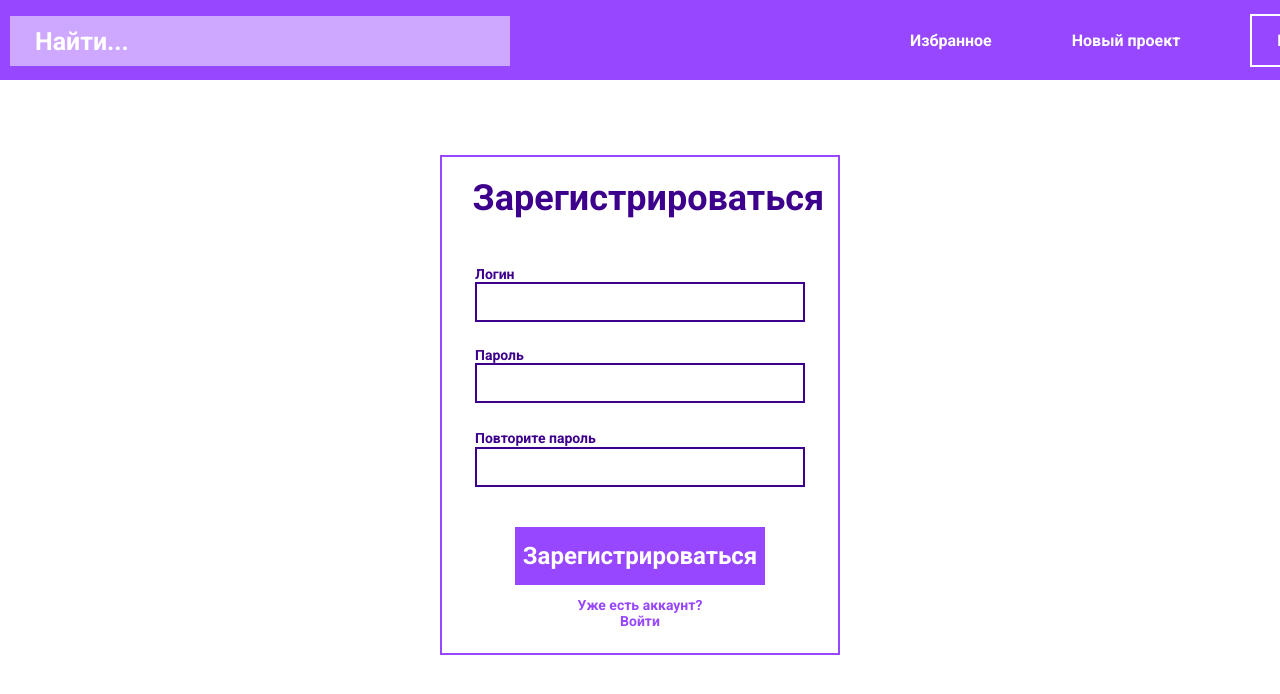
Repository: TimurZinatulin/Web_Shishki_1
Page: /login
An editor plug-in stored every save of this project. The page is shown before and after a run of saves, followed by the edit.
The browser window is 1280 px wide. The pictures show the whole page.
The project was rebuilt for these pictures with package versions that can differ from the ones it lists, and the page was loaded fresh each time. Also part of the build but not shown: vite.config.js, vue.config.js, src/views/LoginView.vue, src/components/HelloWorld.vue, src/views/MainView.vue, src/views/HomeView.vue, src/views/EditView.vue, src/views/FavoriteView.vue and 3 more.

Above is the page before, as saved 2023-06-10 23:55:23.
Console error: TypeError: Cannot read properties of null (reading 'user')

### src/main.js
import { createApp } from 'vue'
//import './style.css'
import App from './App.vue'
import router from './router'
import store from './store.js'

createApp(App).use(store).use(router).mount('#app')

### src/App.vue
<template>
  <!-- Проверка доступности пользователя в хранилище; при недоступности - показываем компонент авторизации-->
  <Auth v-if="!store.state.user" />
  <!-- Если пользователь доступен, показываем компонент Hello World -->
  <EmptyLayout v-else msg="Hello Vue 3 + Vite" />
</template>

<script>
import Auth from './components/Auth.vue';
import HelloWorld from './components/HelloWorld.vue';
import HeaderComp from './components/HeaderComp.vue';
import EmptyLayout from './layouts/EmptyLayout.vue';
import MainLayout from './layouts/MainLayout.vue';
import ExtraLayout from './layouts/ExtraLayout.vue';
import RegisterView from './views/RegisterView.vue';

import store from "./store.js";
import { supabase } from "./supabase";

export default {
  computed: {
    layout() {
      return this.$route.meta.layout + '-layout';
    }
  },
  components: {
    HelloWorld, Auth, HeaderComp, EmptyLayout, MainLayout, ExtraLayout, RegisterView
  },
  setup() {
    // сначала проверяем, вошел ли пользователь в систему с помощью Supabase
    store.state.user = supabase.auth.user;
    // затем настраиваем слушатель для обновления хранилища, если меняется пользователь - выходит из системы или входит
    supabase.auth.onAuthStateChange((event, session) => {
      if (event == "SIGNED_OUT") {
        store.state.user = null;
      } else {
        store.state.user = session.user;
      }
    });

    return {
      store,
    };
  },
};
</script>

<style>
/* @import '@/templates/main_page.css'; */
</style>

### src/router/index.js
import { createRouter, createWebHistory } from 'vue-router'
import HomeView from '../views/HomeView.vue'
import MainView from '../views/MainView.vue'
import EditView from '../views/EditView.vue'
import FavoriteView from '../views/FavoriteView.vue'
import MyProjectsView from '../views/MyProjectsView.vue'
import LoginView from '../views/LoginView.vue'
import RegisterView from '../views/RegisterView.vue'
import CreateProjectView from '../views/CreateProjectView.vue'
import ProjectView from '../views/ProjectView.vue'


const routes = [
  {
    path: '/',
    name: 'home',
    component: HomeView
  },
  {
    path: '/main',
    name: 'main',
    meta: {layout: 'main'},
    component: MainView
  },
  {
    path: '/edit',
    name: 'edit',
    meta: {layout: 'extra'},
    component: EditView
  },
  {
    path: '/favs',
    name: 'favs',
    meta: {layout: 'extra'},
    component: FavoriteView
  },
  {
    path: '/my_projects',
    name: 'my',
    meta: {layout: 'extra'},
    component: MyProjectsView
  },
  {
    path: '/login',
    name: 'login',
    meta: {layout: 'empty'},
    component: LoginView
  },
  {
    path: '/register',
    name: 'register',
    meta: {layout: 'empty'},
    component: RegisterView
  },
  {
    path: '/create_project',
    name: 'create_project',
    meta: {layout: 'extra'},
    component: CreateProjectView
  },
  {
    path: '/project',
    name: 'project',
    meta: {layout: 'extra'},
    component: ProjectView
  },
  {
    path: '/profile',
    name: 'profile',
    meta: {layout: 'extra'},
    component: () => import('../views/ProfileView.vue')
  }
]

const router = createRouter({
  history: createWebHistory(import.meta.env.BASE_URL),
  routes
})

export default router

### src/store.js
import { reactive } from "vue";

const store = {
    state: reactive({
        user: {},
    }),
};

export default store

### src/components/Auth.vue
<template>
    <div>
        <register-view v-if="isSignUp" />
        <login-view v-else />
        <button id="reg_btn" style="align: center;" @click="isSignUp = !isSignUp">
            {{
                isSignUp
                ? "Уже есть аккаунт? Войти"
                : "Зарегистрироваться"
            }}
        </button>
    </div>
</template>

<script>
import { ref } from "vue";
import RegisterView from "../views/RegisterView.vue";
import LoginView from "../views/LoginView.vue";

export default {
    components: { RegisterView, LoginView },
    setup() {
        const isSignUp = ref(true);
        return {
            isSignUp,
        };
    },
};
</script>

<style scoped>
</style>

### src/components/HeaderComp.vue
<template>
    <div id="header" class="wrapper">
        <div id="head-cont">
            <li><router-link to="/main" style="position: relative; left: -280px;" href="http://localhost:5173/main"><img id="logo" src="../assets/ShishkiD.png" style="width: 70px; height: 70px;"></router-link></li>
            <input class="input" type="text" placeholder="Найти...">
            <ul style="left: 400px;">
                <li><router-link to="/favs" class="btn2">Избранное</router-link></li>
                <li><router-link to="/my_projects" class="btn2">Мои проекты</router-link></li>
                <li><router-link to="/edit" class="btn2">Редактировать профиль</router-link></li>
                <li><router-link to="/create_project" class="btn2">Новый проект</router-link></li>
                <li><button @click="signOut" class="btn2">Выйти</button></li>
            </ul>
        </div>
    </div>
</template>

<script setup>
import { ref } from "vue";
import { supabase } from "../supabase";

defineProps({
  msg: String,
});

async function signOut() {
  const { error } = await supabase.auth.signOut();
}
</script>

<style>
@import url('https://fonts.googleapis.com/css2?family=Roboto:wght@700&display=swap');
</style>

### src/layouts/EmptyLayout.vue
<template>
    <!-- <div id="header" class="wrapper">
        <div id="head-cont">
            <a style="position: relative; left: -280px;" href="http://localhost:8080/main"><img id="logo" src="../assets/ShishkiD.png" style="width: 70px; height: 70px;"></a>
            <input class="input" type="text" placeholder="Найти...">
            <ul>
                <li><router-link to="/favs" class="btn2">Избранное</router-link></li>
                <li><router-link to="/create_project" class="btn2">Новый проект</router-link></li>
                <li><router-link to="/login" class="link">Войти</router-link></li>
            </ul>
        </div>
    </div> -->
    <HeaderComp />
    <RouterView />
</template>

<script>
import HeaderComp from '@/components/HeaderComp.vue'

export default {
    components: {
        HeaderComp
    }
}
</script>

<style>
@import '@/templates/login.css';
@import '@/templates/main_page.css';
@import '@/templates/reg.css';
</style>

### src/layouts/MainLayout.vue
<template>
    <div id="app1">
        <HeaderComp />
        <div id="article">
            <h1 id="h1">Digital<br>
            portfolio</h1><br>
            <p>Уникальный сервис для<br>размещения своих проектов и<br>наработок</p><br>
            <a href="http://localhost:8080/create_project" class="btn">Создать проект</a>
            <button @click="signOut">Sign Out</button>
            <img id="logo2" src="../assets/chelik.png">
            <h2 id="h2">Популярные проекты</h2>
        </div>
        <div id="projects" style="left: -10px;">
        </div>
    </div>
</template>

<script>
import HeaderComp from '@/components/HeaderComp.vue'
import MainView from '@/views/MainView.vue'


export default {
    components: {
        HeaderComp, MainView
    }
}
</script>

<style>
@import '@/templates/login.css';
@import '@/templates/main_page.css';
@import '@/templates/reg.css';
</style>

### src/layouts/ExtraLayout.vue
<template>
    <HeaderComp />
</template>

<script>
import HeaderComp from '@/components/HeaderComp.vue'

export default {
    components: {
        HeaderComp,
    }
}
</script>

<style>
@import '@/templates/login.css';
@import '@/templates/main_page.css';
@import '@/templates/reg.css';
</style>

### src/views/RegisterView.vue
<template>
    <div id="header" class="wrapper">
        <div id="head-cont">
            <a style="position: relative; left: -280px;" href="http://localhost:8080/main"><img id="logo" src="../assets/ShishkiD.png" style="width: 70px; height: 70px;"></a>
            <input class="input" style="position: relative; left: -250px;" type="text" placeholder="Найти...">
            <ul>
                <li><router-link to="/favs" class="btn2">Избранное</router-link></li>
                <li><router-link to="/create_project" class="btn2">Новый проект</router-link></li>
                <li><router-link to="/login" class="link">Войти</router-link></li>
            </ul>
        </div>
    </div>
    <div id="log_card">
        <h1 id="log_name" style="position: relative; top: -30px; left: -10px;">Зарегистрироваться</h1>
        <form @submit.prevent="handleSignup">
            <p class="p">Логин</p>
            <input class="input1" style="top: -75px;" type="email" v-model="email">
            <p class="p">Пароль</p>
            <input class="input1" style="top: -75px;" type="password" v-model="password">
            <p class="p" style="display:inline; position:relative; left: 0px;">Повторите пароль</p>
            <input class="input1" style="top: -70px;" type="password" v-model="password">
            <button type="submit" id="log_btn" style="width: 250px;">Зарегистрироваться</button>
        </form>
    </div>
</template>

<script>
import { ref } from "vue";
import { supabase } from "../supabase";

export default {
    setup() {
        const email = ref("");
        const password = ref("");

        const handleSignup = async () => {
            try {
                // Задействуем предоставленный Supabase метод для обработки регистрации
                const { error } = await supabase.auth.signUp({
                    email: email.value,
                    password: password.value,
                });
                if (error) throw error;
            } catch (error) {
                alert(error.error_description || error.message);
            }
        };

        return {
            email,
            password,
            handleSignup,
        };
    },
};
</script>

### src/templates/login.css
#log_card{
    box-sizing: border-box;
    display: flex;
    flex-direction: column;
    justify-content: space-between;
    align-items: center;
    padding: 50px 10px;
    gap: 50px;
    width: 400px;
    height: 500px;
    border: 2px solid #9747FF;
    flex: none;
    order: 1;
    flex-grow: 0;
    position: relative;
    top: 60px;
}

#log_name{
    width: 315px;
    height: 49px;
    font-family: 'Roboto';
    font-style: normal;
    font-weight: 600;
    font-size: 36px;
    line-height: 42px;
    text-align: center;
    color: #3D008C;
    flex: none;
    order: 0;
    flex-grow: 0;
}

#log_btn{
    display: flex;
    flex-direction: row;
    justify-content: center;
    align-items: center;
    padding: 10px;
    width: 88px;
    height: 58px;
    background: #9747FF;
    flex: none;
    order: 0;
    flex-grow: 0;
    border: none;
    color: white;
    position: relative;
    bottom: 50px;
    border: 2px solid #9747FF;
    animation: ch-color-1 0.5s forwards;
    font-size: 24px;
}

#log_btn:hover{
    animation: ch-color-2 0.5s forwards;
}

@keyframes ch-color-1 {
    from {
      background-color: white;
      color: #9747FF;
    }
    to {
      background-color: #9747FF;
      color: white;
    }
  }

  @keyframes ch-color-2 {
    from {
      background-color: #9747FF;
      color: white;
    }
    to {
      background-color: white;
      color: #9747FF;
    }
  }

#reg_btn{
    width: 136px;
    height: 16px;
    font-family: 'Roboto';
    font-style: normal;
    font-weight: 400;
    font-size: 14px;
    line-height: 16px;
    display: flex;
    align-items: center;
    text-align: center;
    color: #9747FF;
    flex: none;
    order: 0;
    flex-grow: 0;
    position: relative;
    left: 0px;
    top: 10px;
    border: none;
    background-color: white;
    text-align: center;
}

.p{
    width: 40px;
    height: 16px;
    font-family: 'Roboto';
    font-style: normal;
    font-weight: 600;
    font-size: 14px;
    line-height: 16px;
    display: flex;
    align-items: center;
    color: #3D008C;
    flex: none;
    order: 0;
    flex-grow: 0;
    position: relative;
    top: -70px;
    left: -145px;
    margin-bottom: 5px;
}

### src/templates/main_page.css
* {
  margin: 0 auto;
  padding: 0;
  box-sizing: border-box;
  font-size: 16px;
  font-family: 'Roboto', sans-serif;
  user-select: none;
}

#head-cont{
  max-width: 900px;
  width: 100%;
}

#article{
  width: 1500px;
  position: relative;
}

#header{
  width: 100%;
  height: 80px;
  margin: 0 auto;
  background-color: rgba(151, 71, 255, 1);
  margin-bottom: 15px;
  overflow: hidden;
}

.input{
  width: 500px;
  height: 50px;
  padding: 6px 0 4px 10px;
  border: none;
  background: rgba(206, 168, 255, 1);
  bottom: 20px;
  left: -325px;
  position: relative;
  font-size: 25px;
  padding-left: 25px;
  outline: none;
}

.input::-webkit-input-placeholder {
  color: white;
}

.input::-moz-placeholder {
  color: white;
}

.input1{
  box-sizing: border-box;
  display: flex;
  flex-direction: row;
  align-items: center;
  padding: 11px 10px;
  gap: 10px;
  width: 330px;
  height: 40px;
  border: 2px solid #3D008C;
  flex: none;
  order: 1;
  align-self: stretch;
  flex-grow: 0;
  position: relative;
  top: -20px;
  margin-bottom: 20px;
  outline: none;
}

#logo{
  position: relative;
  top: 5px;
}

#logo2{
  position: relative;
  width: 800px;
  height: 670px;
  left: 385px;
  bottom: 340px;
}

ul {
  list-style: none;
  margin: 0;
  padding-left: 0;
  position: relative;
  left: 710px;
  top: -55px;
}

a {
  text-decoration: none;
  color: white;
}

.link1 {
  display: flex;
  flex-direction: row;
  justify-content: center;
  align-items: center;
  padding: 10px;
  background: #9747FF;
  flex: none;
  order: 0;
  flex-grow: 0;
  left: -275px;
  top: 220px;
  font-family: 'Roboto';
  font-style: normal;
  font-weight: 400;
  font-size: 16px;
}

.link1:hover{
  animation: ch-color-2 0.5s forwards;
}

.link {
  background: none;
  border: 2px solid white;
  color: white;
  padding: 15px 25px;
  animation: ch-color-1 0.5s forwards;
}

.link:hover{
  animation: ch-color-2 0.5s forwards;
}

@keyframes ch-color-1 {
  from {
    background-color: white;
    color: rgba(151, 71, 255, 1);
  }
  to {
    background-color: rgba(151, 71, 255, 1);
    color: white;
  }
}

@keyframes ch-color-2 {
  from {
    background-color: rgba(151, 71, 255, 1);
    color: white;
  }
  to {
    background-color: white;
    color: rgba(151, 71, 255, 1);
  }
}

li {
  display: inline;
  margin-right: 60px;
}

#h1 {
  font-size: 90px;
  position: relative;
  top: 100px;
  left: -450px;
  color: rgba(61, 0, 140, 1);
  width: 500px;
}

p{
  position: relative;
  color: rgba(61, 0, 140, 1);
  left: -445px;
  top: 100px;
  font-size: 32px;
  font-family: 'Roboto';
  font-style: normal;
  font-weight: 500;
  line-height: 38px;
  width: 500px;
}

.btn{
  position: relative;
  bottom: 500px;
  left: 55px;
  background: linear-gradient(rgba(255, 104, 86, 1), rgba(151, 71, 255, 1));
  color: white;
  font-size: 32px;
  font-style: normal;
  font-weight: 700;
  border: 3px solid linear-gradient(rgba(255, 104, 86, 1), rgba(151, 71, 255, 1));
  width: 315px;
  height: 90px;
  padding: 26px 37px;
}

#h2{
  position: absolute;
  top: 740px;
  left: 510px;
  color: rgba(61, 0, 140, 1);
  font-size: 48px;
}

#projects{
  justify-content: center;
  align-items: center;
  align-self: center;
  padding: 30px 90px;
  position: absolute;
  width: 1529px;
  height: 100%;
  background: linear-gradient(180deg, #3D008C 0%, #14002F 100%);
  flex: none;
  order: 3;
  flex-grow: 0;
  margin-top: -200px;
}

#content{
  display: flex;
  flex-direction: row;
  justify-content: center;
  align-items: center;
  padding: 30px 90px;
  gap: 90px;
  width: 1420px;
  height: 240px;
  flex: none;
  order: 0;
  flex-grow: 0;
}

.block{
  display: flex;
  flex-direction: column;
  align-items: center;
  padding: 10px;
  gap: 10px;
  position: absolute;
  width: 359px;
  height: 470px;
  background: linear-gradient(148.66deg, #FF6856 0%, #6F00FF 100%);
  border-radius: 30px;
  top: 70px;
}

.pic{
  position: relative;
  top: 20px;
  width: 340px;
  height: 310px;
  border-radius: 20px;
}

h3{
  color: white;
  font-size: 32px;
  position: relative;
  top: 10px;
}

.text{
  color: white;
  position: relative;
  top: 20px;
  text-align: center;
}

.like{
  display: flex;
  flex-direction: row;
  justify-content: center;
  align-items: center;
  padding: 10px 15px;
  gap: 10px;
  position: absolute;
  width: 117px;
  height: 38px;
  left: 20.5px;
  top: 100px;
  background: #FF6856;
  border-radius: 30px;
  color: white;
  overflow-y: hidden;
}

.pic2{
  width: 22px;
  height: 22px;
  transform: matrix(-1, 0, 0, 1, 0, 0);
  flex: none;
  order: 0;
  flex-grow: 0;
}

textarea{
  box-sizing: border-box;
  display: flex;
  width: 330px;
  height: 100px;
  gap: 10px;
  border: 2px solid #3D008C;
  flex: none;
  order: 1;
  flex-grow: 0;
  position: relative;
  top: 100px;
  resize: none;
}

#photo{
  width: 100px;
  height: 100px;
  border: 3px solid #3D008C;
  flex: none;
  order: 0;
  flex-grow: 0;
  border-radius: 100%;
  position: relative;
}

#photo1{
  width: 340px;
  height: 340px;
  border: 3px solid #9747FF;
  border-radius: 30px;
  flex: none;
  order: 0;
  flex-grow: 0;
}

#chphoto{
  display: flex;
  flex-direction: row;
  justify-content: center;
  align-items: center;
  padding: 10px 0px;
  gap: 26px;
  width: 331px;
  height: 120px;
  flex: none;
  order: 1;
  flex-grow: 0;
  position: relative;
  top: -535px;
}

#p{
  font-family: 'Roboto';
  font-style: normal;
  font-weight: 600;
  font-size: 14px;
  line-height: 16px;
  display: flex;
  align-items: center;
  color: #FFFFFF;
  position: relative;
  top: -50px;
  left: 135px;
}

#p1{
  font-family: 'Roboto';
  font-style: normal;
  font-weight: 600;
  font-size: 14px;
  line-height: 16px;
  display: flex;
  align-items: center;
  color: #FFFFFF;
  position: relative;
  top: -100px;
  left: 135px;
}

#p2{
  font-family: 'Roboto';
  font-style: normal;
  font-weight: 600;
  font-size: 16px;
  line-height: 19px;
  text-align: center;
  color: #FFFFFF;
  position: relative;
  top: 200px;
}

.btn2{
  padding: 20px 10px;
}

.btn2:hover{
  animation: ch-color-2 0.5s forwards;
}

### src/templates/reg.css
form{
    position: relative;
    top: 30px;
}

Loaded but not shown: index.html (common file); src/supabase.js (common file)

After the next 3 saves:
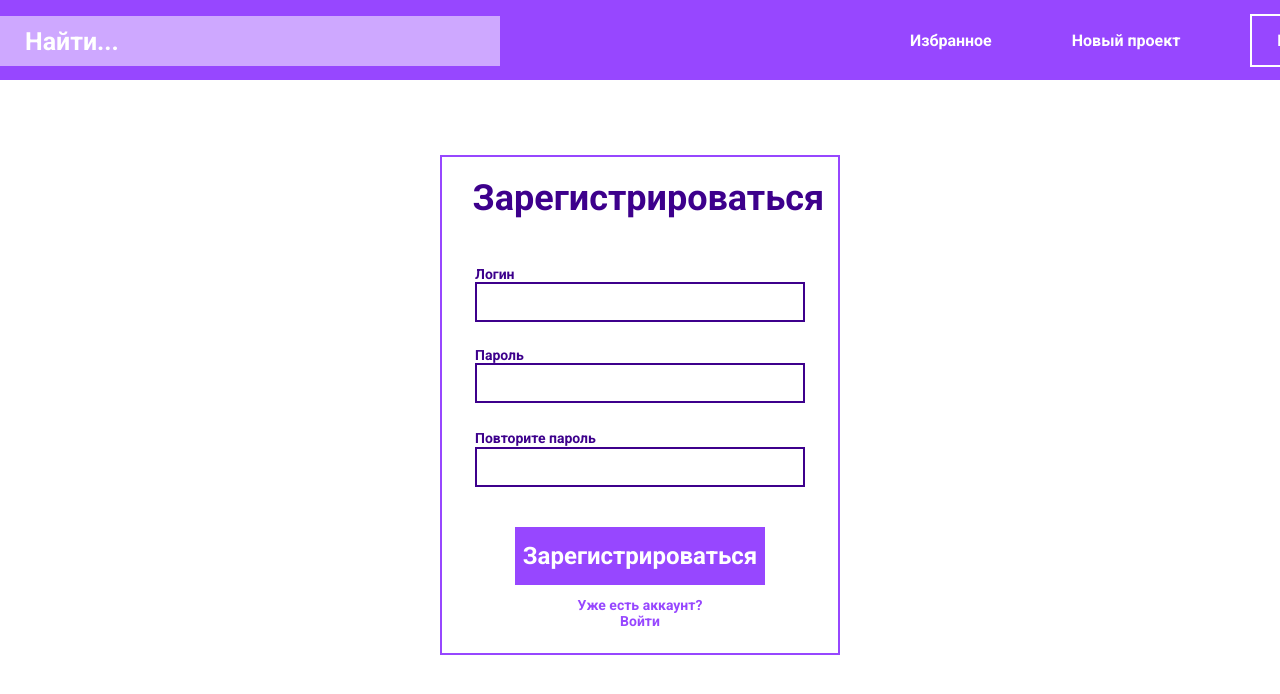
The 3 saves are shown as one change because they came seconds apart.
The last was saved 30 s later.
--- a/src/views/RegisterView.vue
+++ b/src/views/RegisterView.vue
@@ -2,10 +2,10 @@
     <div id="header" class="wrapper">
         <div id="head-cont">
             <a style="position: relative; left: -280px;" href="http://localhost:8080/main"><img id="logo" src="../assets/ShishkiD.png" style="width: 70px; height: 70px;"></a>
-            <input class="input" style="position: relative; left: -250px;" type="text" placeholder="Найти...">
+            <input class="input" style="position: relative; left: -260px;" type="text" placeholder="Найти...">
             <ul>
-                <li><router-link to="/favs" class="btn2">Избранное</router-link></li>
-                <li><router-link to="/create_project" class="btn2">Новый проект</router-link></li>
+                <li><router-link to="/login" class="btn2">Избранное</router-link></li>
+                <li><router-link to="/login" class="btn2">Новый проект</router-link></li>
                 <li><router-link to="/login" class="link">Войти</router-link></li>
             </ul>
         </div>
